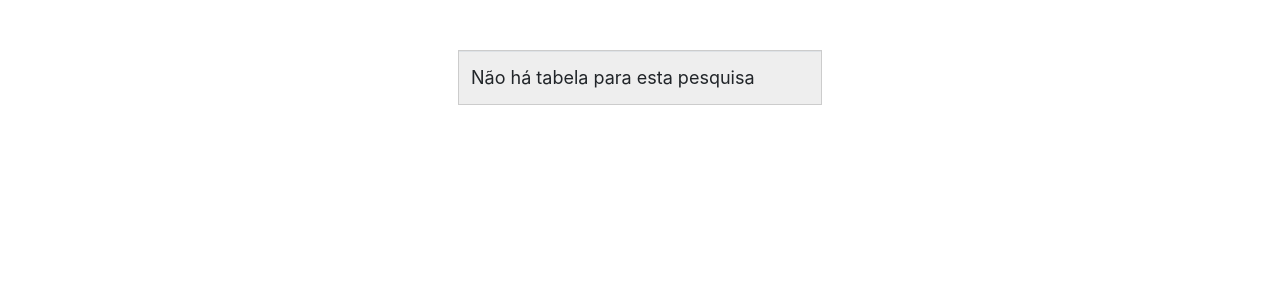
Repository: danielvieira7/campeonato-brasileiro-embed
Page: index.html
An editor plug-in stored every save of this project. The page is shown before and after the next save, followed by the edit.
The browser window is 1280 px wide. The pictures show the whole page.
The page's requests for data from a server got no answer. Some web libraries are served in a nearby version.

Above is the page before, as saved 2021-02-12 00:24:33.

After the next save:
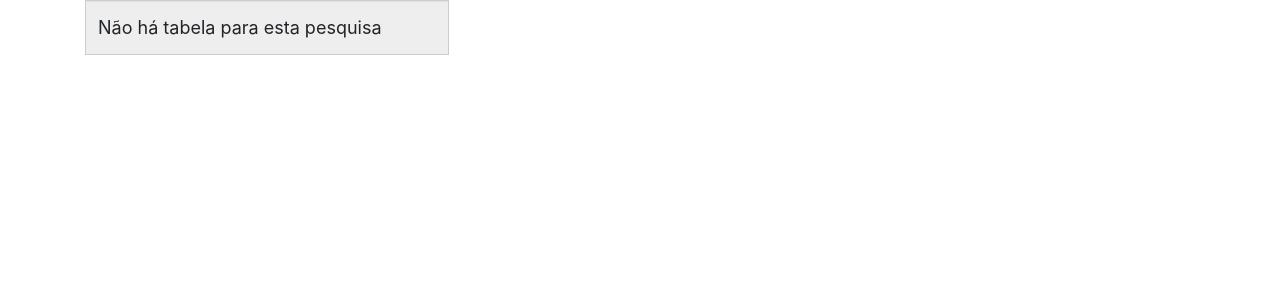
Saved 15 s later.
--- a/style-light-blue.css
+++ b/style-light-blue.css
@@ -2,7 +2,6 @@
 table {
 	width: 750px;
 	border-collapse: collapse;
-	margin:50px auto;
 	}
 
 /* Zebra striping */
